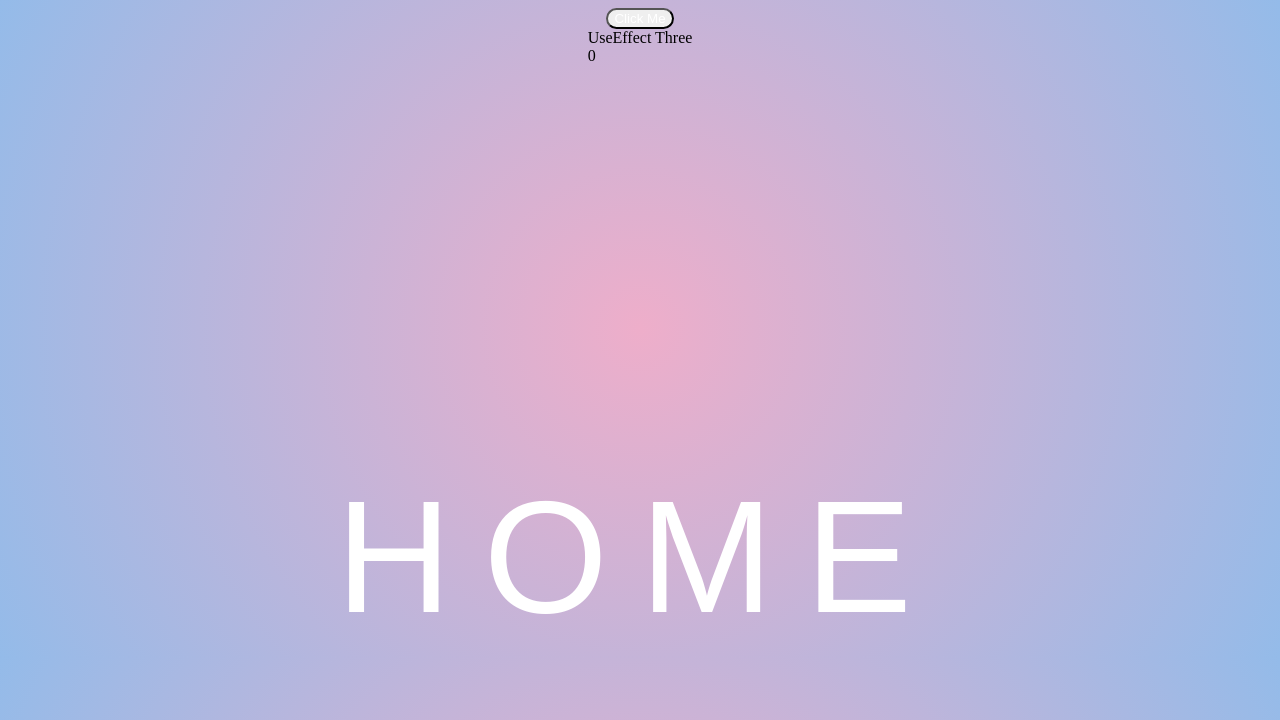
Repository: juliet-jskim/week-8-useEffect-carousel
Page: /useEffectThree
An editor plug-in stored every save of this project. The page is shown before and after the next save, followed by the edit.
The browser window is 1280 px wide. The pictures show the whole page.
The project was rebuilt for these pictures with package versions that can differ from the ones it lists, and the page was loaded fresh each time. The framework's server and built-in components were replaced by stand-ins that run in the browser. Also part of the build but not shown: next.config.js.

Above is the page before, as saved 2023-02-20 23:14:08.

After the next save:
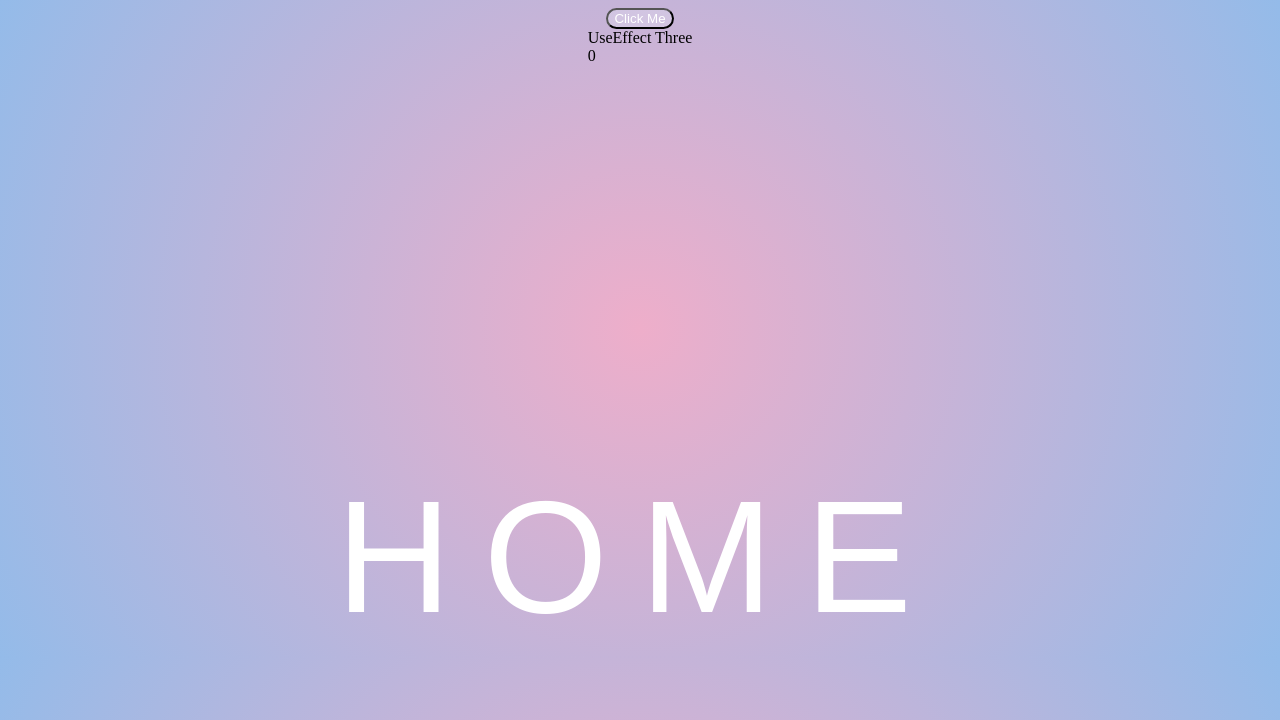
Saved 35 s later.
--- a/pages/useEffectThree.js
+++ b/pages/useEffectThree.js
@@ -20,7 +20,7 @@ export default function UseEffectThree() {
             </div>
             <div>
                 <div className={styles.use_effect_three}>
-                    <button style={{ borderRadius: "1rem",  color: 'white' }} onClick={() => setNumber(number +1)}>Click Me</button>
+                    <button style={{ borderRadius: "1rem",  color: 'white',backgroundColor: 'rgba(240, 248, 255, 0.24)' }} onClick={() => setNumber(number +1)}>Click Me</button>
                     </div>
                     <div>
                         UseEffect Three
